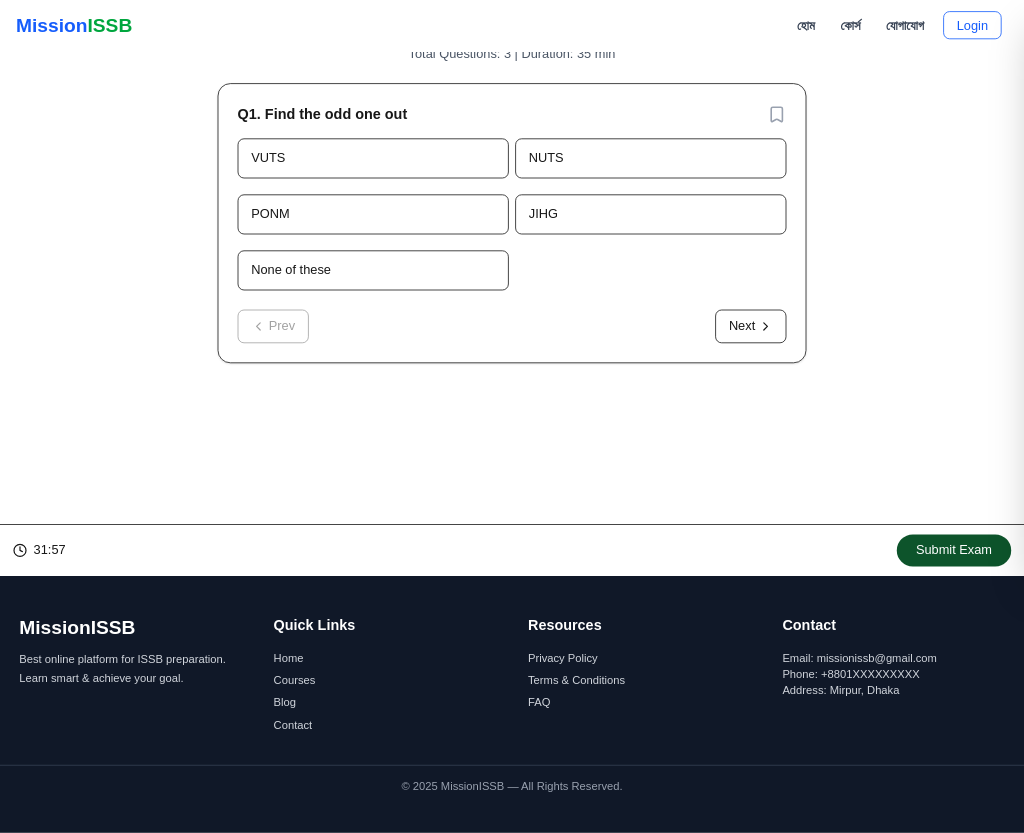
Repository: mdmuhibullahhabib/missionissb
Page: /exam/verbal-model-test-01
An editor plug-in stored every save of this project. The page is shown before and after the next save, followed by the edit.
The browser window is 1280 px wide. The pictures show the whole page, at 80% of full size.
The page's requests for data from a server got no answer. The project was rebuilt for these pictures with package versions that can differ from the ones it lists, and the page was loaded fresh each time. The framework's server and built-in components were replaced by stand-ins that run in the browser. No one was signed in, and anything a server would have sent is missing. Also part of the build but not shown: next.config.mjs, app/exam/[id]/components/SubmitModal.jsx.

Above is the page before, as saved 2025-12-15 17:25:14.

### app/layout.js
import { Geist, Geist_Mono } from 'next/font/google'
import './globals.css'
import Footer from '@/components/shared/Footer'
import Navbar from '@/components/shared/Navbar'
import NextAuthProvider from './providers/NextAuthProvider'
import LayoutWrapper from '@/components/LayoutWrapper'

const geistSans = Geist({
  variable: '--font-geist-sans',
  subsets: ['latin']
})

const geistMono = Geist_Mono({
  variable: '--font-geist-mono',
  subsets: ['latin']
})

export const metadata = {
  title: 'Mission ISSB',
  description: 'Generated by create next app'
}

export default function RootLayout({ children }) {
  return (
    <html lang='en' suppressHydrationWarning={true}>
      <body
        className={`${geistSans.variable} ${geistMono.variable} antialiased`}
      >
        <NextAuthProvider>

                    <LayoutWrapper>{children}</LayoutWrapper>


          {/* <Navbar />

          {children}

          <Footer /> */}
        </NextAuthProvider>
      </body>
    </html>
  )
}

### app/exam/[id]/page.jsx
"use client";

import { useState } from "react";
import { Clock } from "lucide-react";
import McqCard from "./components/McqCard";
import SubmitModal from "./components/SubmitModal";

/* Fake Questions */
const questions = [
  {
    question: "Find the odd one out",
    options: ["VUTS", "NUTS", "PONM", "JIHG", "None of these"],
  },
  {
    question: "Choose the correct series",
    options: ["2, 6, 12", "3, 9, 27", "5, 10, 20", "7, 14, 28"],
  },
  {
    question: "Which word is different?",
    options: ["Dog", "Cat", "Tiger", "Car"],
  },
];

const ExamPage = () => {
  const [currentQ, setCurrentQ] = useState(0);
  const [answers, setAnswers] = useState({});
  const [showSubmitModal, setShowSubmitModal] = useState(false);

  const handleSelect = (idx) => {
    setAnswers({ ...answers, [currentQ]: idx });
  };

  return (
    <div className="min-h-screen bg-white pb-24">

      {/* Header */}
      <div className="text-center py-6">
        <h1 className="text-2xl font-bold">Verbal Model Test 01</h1>
        <p className="text-gray-600">
          Total Questions: {questions.length} | Duration: 35 min
        </p>
      </div>

      {/* Question Card */}
      <McqCard
        question={questions[currentQ].question}
        options={questions[currentQ].options}
        currentQ={currentQ}
        totalQuestions={questions.length}
        selectedAnswer={answers[currentQ]}
        onSelect={handleSelect}
        onPrev={() => setCurrentQ((q) => q - 1)}
        onNext={() => setCurrentQ((q) => q + 1)}
      />

      {/* Footer */}
      <div className="fixed bottom-0 left-0 w-full bg-white border-t px-4 py-3 flex justify-between">
        <div className="flex items-center gap-2 font-medium">
          <Clock size={18} /> 31:57
        </div>

        <button
          onClick={() => setShowSubmitModal(true)}
          className="bg-green-900 text-white px-6 py-2 rounded-full"
        >
          Submit Exam
        </button>
      </div>

      {/* Submit Modal */}
      <SubmitModal
        open={showSubmitModal}
        onClose={() => setShowSubmitModal(false)}
        onSubmit={() => {
          setShowSubmitModal(false);
          alert("Exam Submitted!");
        }}
      />
    </div>
  );
};

export default ExamPage;

### components/shared/Footer.jsx
"use client";
import Link from "next/link";

export default function Footer() {
  return (
    <footer className="bg-gray-900 text-gray-300 py-12">
      <div className="max-w-7xl mx-auto grid grid-cols-1 md:grid-cols-4 gap-10 px-6">

        {/* Column 1 */}
        <div>
          <h2 className="text-2xl font-bold text-white">MissionISSB</h2>
          <p className="mt-3 text-sm leading-6">
            Best online platform for ISSB preparation.
            Learn smart & achieve your goal.
          </p>
        </div>

        {/* Column 2 */}
        <div>
          <h3 className="text-lg font-semibold text-white mb-4">Quick Links</h3>
          <ul className="space-y-2 text-sm">
            <li><Link href="/" className="hover:text-white">Home</Link></li>
            <li><Link href="/courses" className="hover:text-white">Courses</Link></li>
            <li><Link href="/blog" className="hover:text-white">Blog</Link></li>
            <li><Link href="/contact" className="hover:text-white">Contact</Link></li>
          </ul>
        </div>

        {/* Column 3 */}
        <div>
          <h3 className="text-lg font-semibold text-white mb-4">Resources</h3>
          <ul className="space-y-2 text-sm">
            <li><Link href="/privacy" className="hover:text-white">Privacy Policy</Link></li>
            <li><Link href="/terms" className="hover:text-white">Terms & Conditions</Link></li>
            <li><Link href="/faq" className="hover:text-white">FAQ</Link></li>
          </ul>
        </div>

        {/* Column 4 */}
        <div>
          <h3 className="text-lg font-semibold text-white mb-4">Contact</h3>
          <p className="text-sm">Email: missionissb@gmail.com</p>
          <p className="text-sm">Phone: +8801XXXXXXXXX</p>
          <p className="text-sm">Address: Mirpur, Dhaka</p>
        </div>
      </div>

      <div className="mt-10 border-t border-gray-700 pt-4 text-center text-gray-400 text-sm">
        © {new Date().getFullYear()} MissionISSB — All Rights Reserved.
      </div>
    </footer>
  );
}

### components/shared/Navbar.jsx
"use client";
import { useState, useEffect } from "react";
import Link from "next/link";
import { FiMenu, FiX } from "react-icons/fi";
import { useSession } from "next-auth/react";
import { useRouter } from "next/navigation";
import DrawerMenu from "../user/UserDrawerMenu";


// Fake user data
const fakeUser = {
    name: "Muhibullah Habib",
    email: "muhib@example.com",
    avatar: "https://i.pravatar.cc/100?img=11",
    role: "admin",
};

export default function Navbar() {
    const [open, setOpen] = useState(false);
    const [scroll, setScroll] = useState(false);
    const router = useRouter();
        const [drawerOpen, setDrawerOpen] = useState(false);
    const [userDrawerOpen, setUserDrawerOpen] = useState(false);
    const { data: session, status } = useSession();
    console.log(session)
    console.log(status)

    // Scroll detection for shadow effect
    useEffect(() => {
        const handleScroll = () => {
            setScroll(window.scrollY > 10);
        };
        window.addEventListener("scroll", handleScroll);
        return () => window.removeEventListener("scroll", handleScroll);
    }, []);

    const navLinks = [
        { name: "হোম", href: "/" },
        { name: "কোর্স", href: "/courses" },
        { name: "যোগাযোগ", href: "/contact" },
    ];

    // User icon click
    const handleUserClick = () => {
        if (status == "authenticated") {
            setUserDrawerOpen(true);
        } else {
            router.push("/auth");
        }
    };

    return (
        <>
            <nav
                className={`w-full fixed top-0 z-50 transition-all ${scroll ? "bg-white shadow-md" : "bg-white"
                    }`}
            >
                <div className="max-w-7xl mx-auto px-5 py-3 flex justify-between items-center">

                    {/* Logo */}
                    <Link href="/" className="text-2xl font-bold text-blue-600">
                        Mission<span className="text-green-600">ISSB</span>
                    </Link>


                    {/* Auth Buttons */}
                    <div className="hidden items-center md:flex gap-4">
                        {/* Desktop Menu */}
                        <div className="hidden md:flex gap-8">
                            {navLinks.map((link) => (
                                <Link
                                    key={link.name}
                                    href={link.href}
                                    className="text-gray-700 font-semibold hover:text-blue-600 transition font-medium"
                                >
                                    {link.name}
                                </Link>
                            ))}
                        </div>

                        {/* User Icon */}
                        <button
                            onClick={handleUserClick}
                            className="p-2 rounded-full hover:bg-gray-100 transition duration-150"
                        >
                            {status == "authenticated" ? (
                                <img
                                    src={fakeUser?.avatar}
                                    alt="user"
                                    className="h-8 w-8 rounded-full border"
                                />
                            ) : (
                                <Link
                                    href="/auth"
                                    className="px-4 py-2 border border-blue-600 text-blue-600 rounded-lg hover:bg-blue-600 hover:text-white transition"
                                >
                                    Login
                                </Link>
                            )}
                        </button>
                    </div>

                    {/* Mobile Toggle */}
                    <button onClick={() => setOpen(!open)} className="md:hidden text-3xl">
                        {open ? <FiX /> : <FiMenu />}
                    </button>
                </div>

                {/* Mobile Menu */}
                <div
                    className={`md:hidden bg-white fixed top-[64px] left-0 w-full h-screen transition-all duration-300 ${open ? "translate-y-0 opacity-100" : "-translate-y-5 opacity-0 pointer-events-none"
                        }`}
                >
                    <div className="flex flex-col gap-6 px-6 py-6 text-lg">
                        {navLinks.map((link) => (
                            <Link
                                key={link.name}
                                href={link.href}
                                onClick={() => setOpen(false)}
                                className="text-gray-700 hover:text-blue-600"
                            >
                                {link.name}
                            </Link>
                        ))}

                        <hr />

                        <Link
                            href="/auth/login"
                            onClick={() => setOpen(false)}
                            className="text-blue-600 font-semibold"
                        >
                            Login
                        </Link>
                    </div>
                </div>
            </nav>

            <DrawerMenu
                isOpen={userDrawerOpen}
                onClose={() => setUserDrawerOpen(false)}
                // user={user}
            />
        </>
    );
}

### app/providers/NextAuthProvider.jsx
"use client"
import { SessionProvider } from 'next-auth/react'
import React from 'react'

const NextAuthProvider = ({ children }) => {
    return <SessionProvider>{children}</SessionProvider>
}

export default NextAuthProvider;

### components/LayoutWrapper.jsx
"use client";

import { usePathname } from "next/navigation";
import Navbar from "./shared/Navbar";
import Footer from "./shared/Footer";

export default function LayoutWrapper({ children }) {
  const pathname = usePathname();
  const isAdmin = pathname.startsWith("/admin");
  const isAuth = pathname.startsWith("/auth");

  return (
    <>
      {!isAdmin && !isAuth && <Navbar />}

      <main>{children}</main>

      {!isAdmin && !isAuth && <Footer />}
    </>
  );
}

### app/exam/[id]/components/McqCard.jsx
"use client";

import { Bookmark, ChevronLeft, ChevronRight } from "lucide-react";

const McqCard = ({
  question,
  options,
  currentQ,
  totalQuestions,
  selectedAnswer,
  onSelect,
  onPrev,
  onNext,
}) => {
  return (
    <div className="max-w-3xl mx-auto px-4">
      <div className="border rounded-2xl p-6 shadow-sm">

        {/* Question Header */}
        <div className="flex justify-between items-center mb-4">
          <h2 className="font-semibold text-lg">
            Q{currentQ + 1}. {question}
          </h2>
          <Bookmark className="text-gray-400 cursor-pointer" />
        </div>

        {/* Options */}
        <div className="space-y-3 gap-2 grid md:grid-cols-2">
          {options.map((opt, idx) => (
            <button
              key={idx}
              onClick={() => onSelect(idx)}
              className={`w-full text-left px-4 py-3 border rounded-lg transition
                ${
                  selectedAnswer === idx
                    ? "bg-green-100 border-green-500"
                    : "hover:bg-gray-50"
                }`}
            >
              {opt}
            </button>
          ))}
        </div>

        {/* Navigation */}
        <div className="flex justify-between mt-6">
          <button
            onClick={onPrev}
            disabled={currentQ === 0}
            className="flex items-center gap-1 px-4 py-2 border rounded-lg disabled:opacity-40"
          >
            <ChevronLeft size={18} /> Prev
          </button>

          <button
            onClick={onNext}
            disabled={currentQ === totalQuestions - 1}
            className="flex items-center gap-1 px-4 py-2 border rounded-lg disabled:opacity-40"
          >
            Next <ChevronRight size={18} />
          </button>
        </div>
      </div>
    </div>
  );
};

export default McqCard;

### components/user/UserDrawerMenu.jsx
"use client";

import { FiX, FiUser, FiShoppingBag, FiSettings, FiGrid, FiLogOut } from "react-icons/fi";
import { motion, AnimatePresence } from "framer-motion";
import Image from "next/image";
import { useRouter } from "next/navigation";
import { signOut, useSession } from "next-auth/react";
import Link from "next/link";

export default function DrawerMenu({ isOpen, onClose, user = {} }) {
  const router = useRouter();
  const { data: session, status } = useSession();
  console.log(session)

  const handleNavigate = (path) => {
    onClose();
    router.push(path);
  };

  const handleLogout = async () => {
    // You can replace with your logout logic
    console.log("User logged out");
    onClose();
    await signOut();
  };

  const isAdmin = user?.role === "admin";

  return (
    <>
      {/* Overlay */}
      <AnimatePresence>
        {isOpen && (
          <motion.div
            initial={{ opacity: 0 }}
            animate={{ opacity: 1 }}
            exit={{ opacity: 0 }}
            onClick={onClose}
            className="fixed inset-0 bg-black/30 backdrop-blur-sm z-40 cursor-pointer"
          />
        )}
      </AnimatePresence>

      {/* Drawer */}
      <motion.div
        initial={{ x: "100%" }}
        animate={{ x: isOpen ? 0 : "100%" }}
        exit={{ x: "100%" }}
        transition={{ type: "spring", stiffness: 100, damping: 20 }}
        className="fixed top-0 right-0 h-full w-80 sm:w-96 bg-white shadow-2xl z-50 flex flex-col"
      >
        {/* Header */}
        <div className="flex justify-between items-center p-4 border-b">
          <div className="flex items-center gap-3">
            <Image
              src={user?.photo || "https://i.ibb.co/5j9n3yH/default-avatar.png"}
              width={40}
              height={40}
              alt="User avatar"
              className="rounded-full object-cover"
            />
            <div>
              <p className="font-semibold text-gray-800">
                {user?.name || "Guest User"}
              </p>
              <p className="text-xs text-gray-500">
                {isAdmin ? "Administrator" : "Regular User"}
              </p>
            </div>
          </div>
          <button onClick={onClose} className="text-gray-600 hover:text-red-500">
            <FiX className="h-6 w-6" />
          </button>
        </div>

        {/* Menu Items */}
        <div className="flex-1 overflow-y-auto p-5 space-y-4 text-gray-700">
          <button
            onClick={() => handleNavigate("/profile")}
            className="flex items-center gap-3 w-full p-3 rounded-xl hover:bg-gray-100 transition"
          >
            <FiUser className="text-red-500" />
            <span>My Profile</span>
          </button>

          <Link
            href={"/mycourse"}
            // onClick={() => handleNavigate("/mycourse")}
            className="flex items-center gap-3 w-full p-3 rounded-xl hover:bg-gray-100 transition"
          >
            <FiShoppingBag className="text-red-500" />
            <span>My Courses</span>
          </Link>

          <Link
            href={"/admin/dashboard"}
            // onClick={() => handleNavigate("/mycourse")}
            className="flex items-center gap-3 w-full p-3 rounded-xl hover:bg-gray-100 transition"
          >
            <FiShoppingBag className="text-red-500" />
            <span>Admin Dashboard</span>
          </Link>

          {isAdmin && (
            <button
              onClick={() => handleNavigate("/admin/dashboard")}
              className="flex items-center gap-3 w-full p-3 rounded-xl hover:bg-gray-100 transition"
            >
              <FiGrid className="text-red-500" />
              <span>Admin Dashboard</span>
            </button>
          )}
        </div>

        {/* Footer */}
        <div className="border-t p-4">
          <button
            onClick={handleLogout}
            className="flex items-center justify-center gap-2 w-full py-2 bg-red-600 text-white font-medium rounded-xl hover:bg-red-700 transition"
          >
            <FiLogOut />
            Logout
          </button>
        </div>
      </motion.div>
    </>
  );
}

Loaded but not shown: app/globals.css (common file)

After the next save:
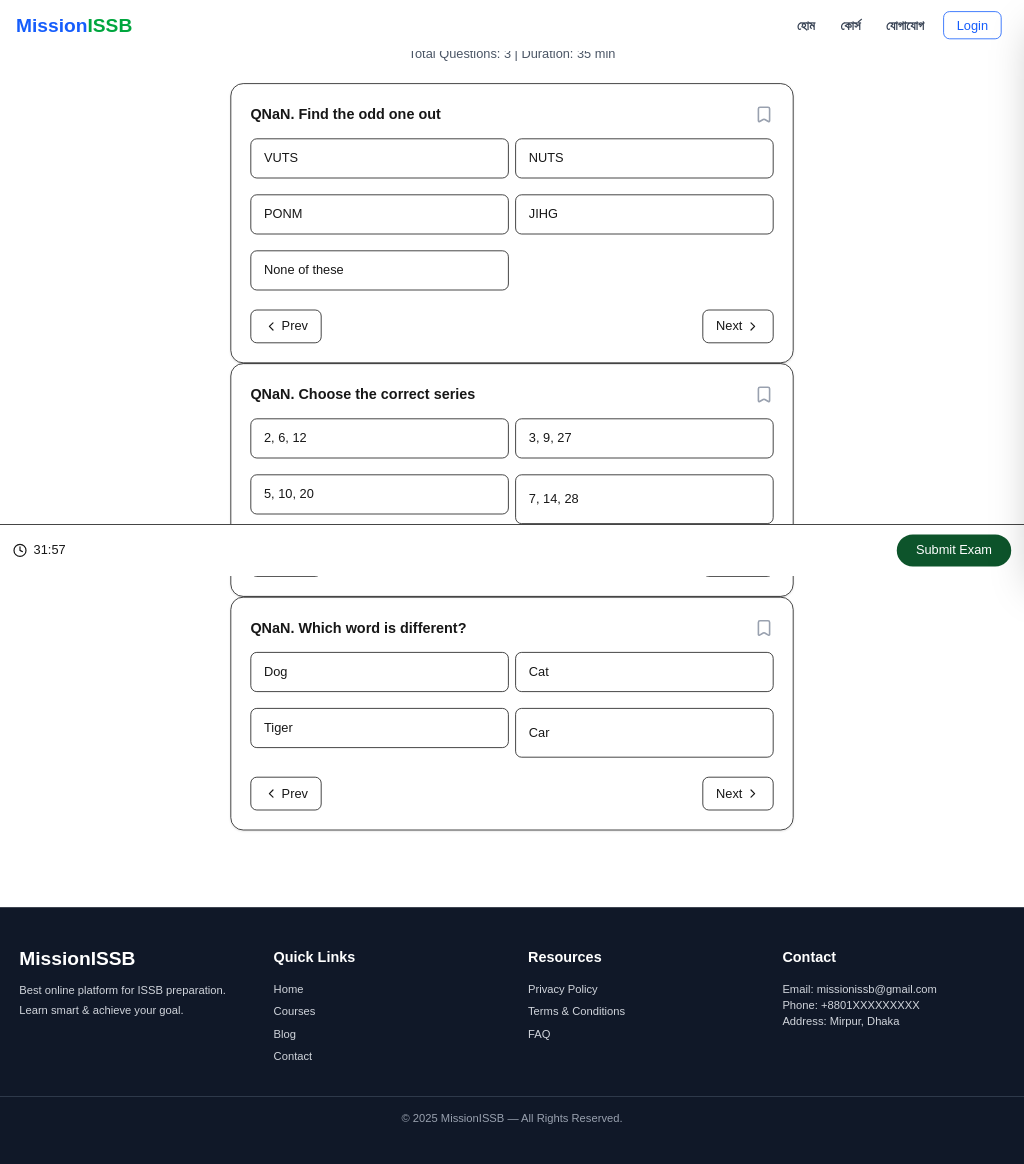
Saved 28 s later.
--- a/app/exam/[id]/page.jsx
+++ b/app/exam/[id]/page.jsx
@@ -42,16 +42,20 @@ const ExamPage = () => {
       </div>
 
       {/* Question Card */}
-      <McqCard
-        question={questions[currentQ].question}
-        options={questions[currentQ].options}
-        currentQ={currentQ}
-        totalQuestions={questions.length}
-        selectedAnswer={answers[currentQ]}
-        onSelect={handleSelect}
-        onPrev={() => setCurrentQ((q) => q - 1)}
-        onNext={() => setCurrentQ((q) => q + 1)}
-      />
+      <div className="max-w-3xl mx-auto px-4">
+        {questions.map((q, index) => (
+          <McqCard
+            key={index}
+            index={index}
+            question={q.question}
+            options={q.options}
+            selectedAnswer={answers[index]}
+            onSelect={(optIdx) =>
+              handleSelect(index, optIdx)
+            }
+          />
+        ))}
+      </div>
 
       {/* Footer */}
       <div className="fixed bottom-0 left-0 w-full bg-white border-t px-4 py-3 flex justify-between">
